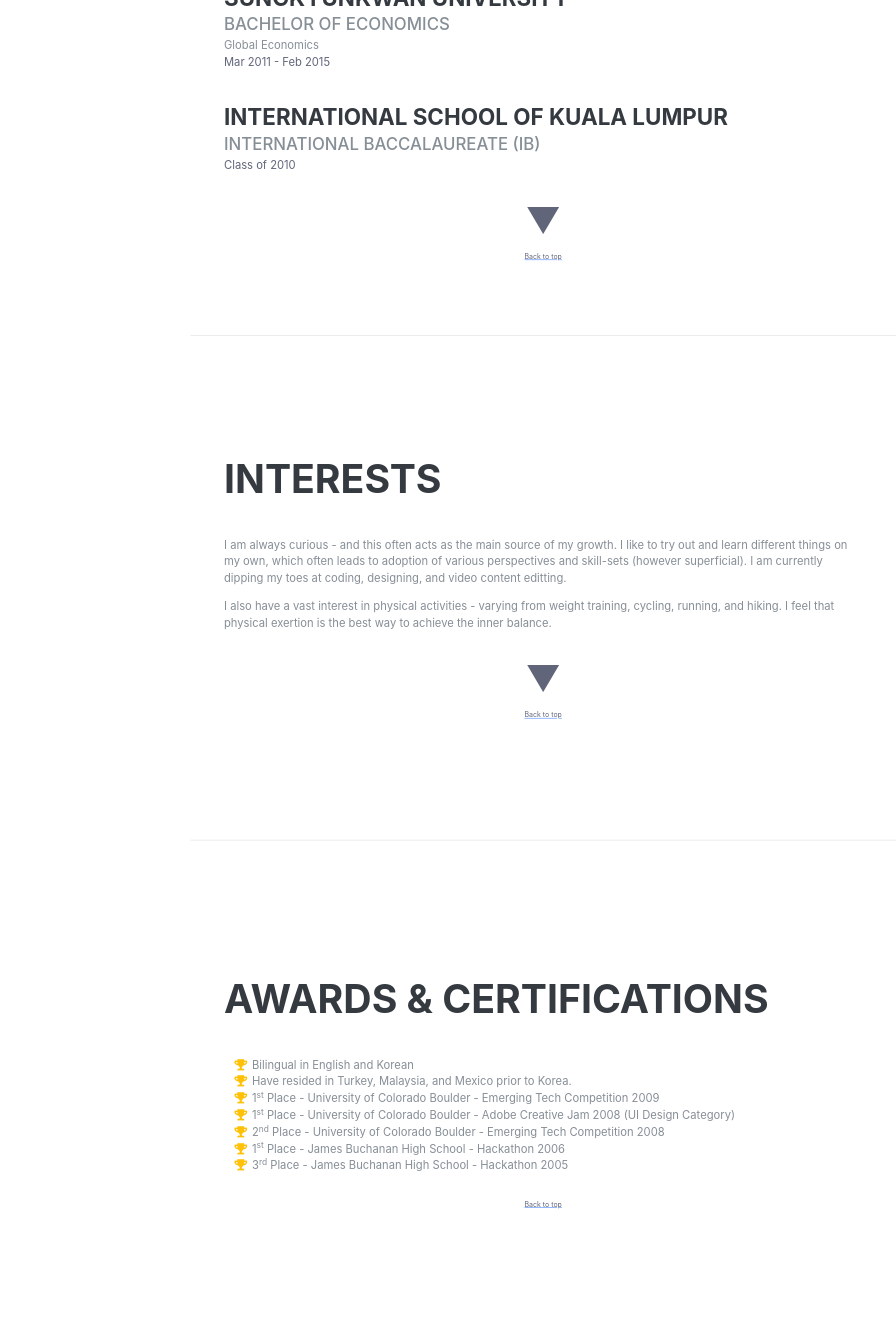
Repository: whitethugcat/whitethugcat.github.io
Page: class/resume-practice/yoojin-resume.html
The author's editor kept a record of every edit. The page is drawn from the files as they stood at one moment, then again after the next edit.
The browser window is 1280 px wide. The pictures show the part of the page from y = 2942 to 4862 px (the page is 4862 px tall), at 70% of full size.
Some web fonts or font styles are not loaded; a fallback is used.

Above is the page before.

After the next edit:
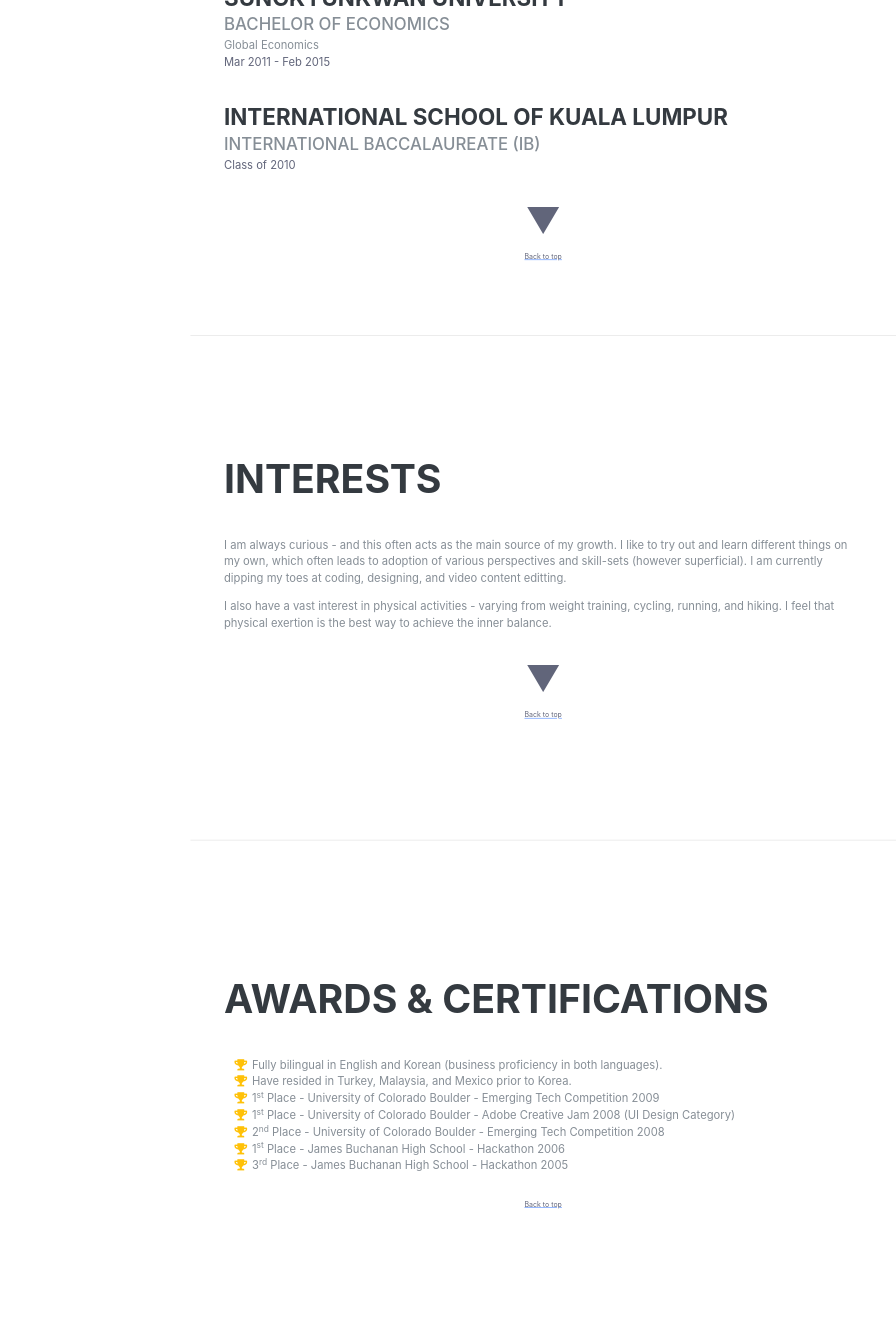
The edit:
--- a/class/resume-practice/yoojin-resume.html
+++ b/class/resume-practice/yoojin-resume.html
@@ -321,7 +321,7 @@
         <ul class="fa-ul mb-0">
           <li>
             <i class="fa-li fa fa-trophy text-warning"></i>
-            Bilingual in English and Korean </li>
+            Fully bilingual in English and Korean (business proficiency in both languages).</li>
           <li>
             <i class="fa-li fa fa-trophy text-warning"></i>
             Have resided in Turkey, Malaysia, and Mexico prior to Korea.</li>
